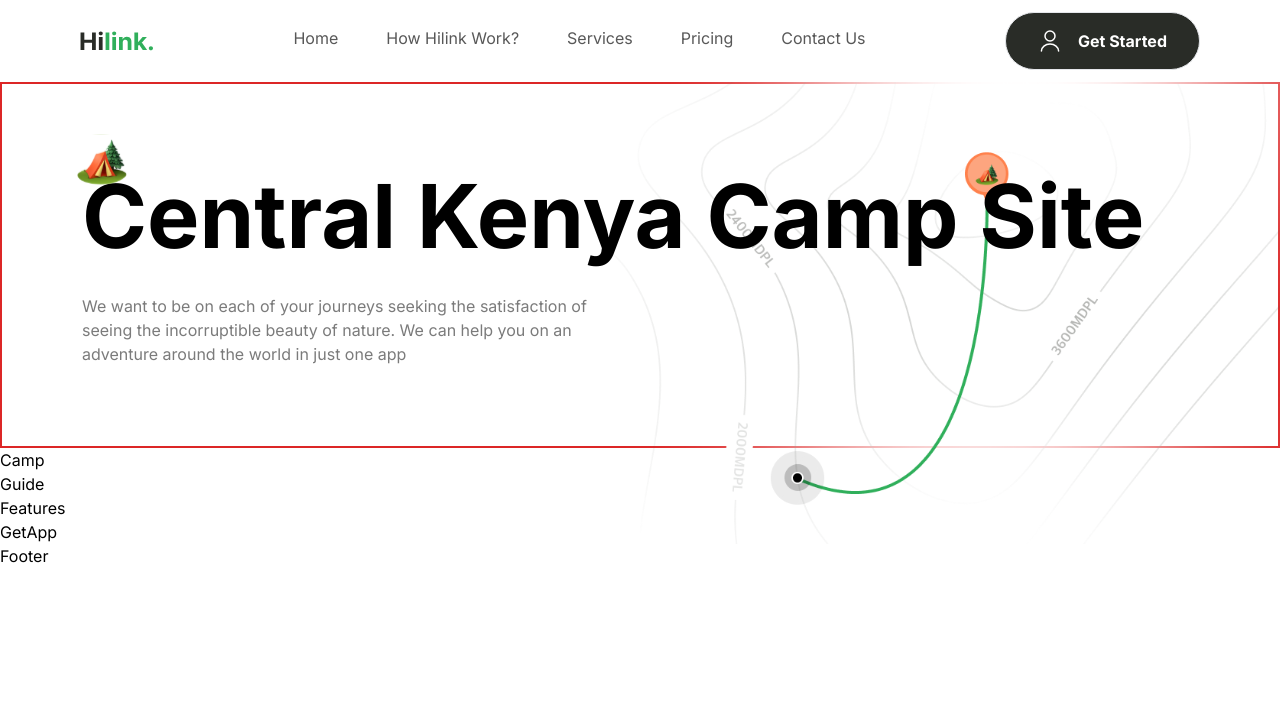
Repository: martin-raphael/travel_agency
Page: /
These files come from the project's save history. The page is drawn as it stood at one moment and after the next save; the edit follows.
The browser window is 1280 px wide. The pictures show the whole page.
The project was rebuilt for these pictures with package versions that can differ from the ones it lists, and the page was loaded fresh each time. The framework's server and built-in components were replaced by stand-ins that run in the browser. Also part of the build but not shown: next.config.mjs.

Above is the page before, as saved 2024-08-08 18:16:20.

After the next save:
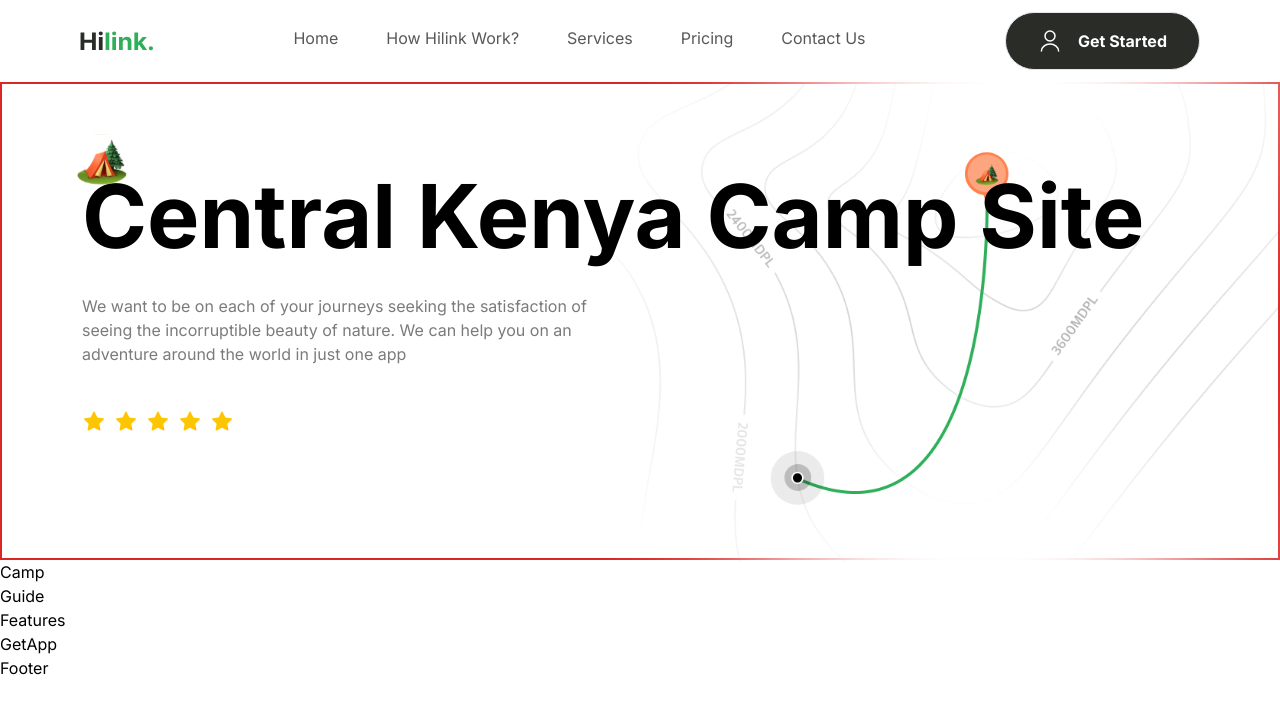
Saved 7 min 38 s later.
--- a/components/Hero.tsx
+++ b/components/Hero.tsx
@@ -26,6 +26,20 @@ const Hero = () => {
           seeing the incorruptible beauty of nature. We can help you on an
           adventure around the world in just one app
         </p>
+
+        <div className="my-11 flex flex-wrap gap-5">
+          <div className="flex items-center gap-2">
+            {Array(5).fill(1).map((_, index) => (
+                <Image
+                  src="/star.svg"
+                  alt="Ratings"
+                  key={index}
+                  width={24}
+                  height={24}
+                />
+              ))}
+          </div>
+        </div>
       </div>
     </section>
   );
